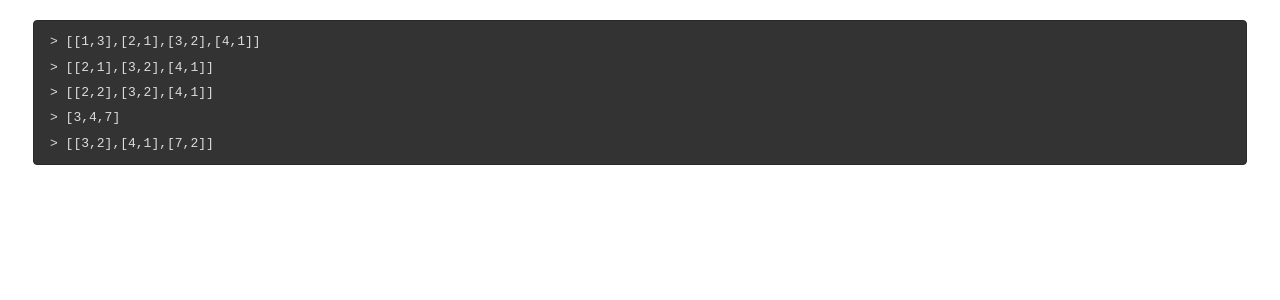
Repository: betaWeb/twicejs
Page: index.html
An editor plug-in stored every save of this project. The page is shown before and after the next save, followed by the edit.
The browser window is 1280 px wide. The pictures show the whole page.

Above is the page before, as saved 2019-12-13 15:58:24.

### index.html
<!DOCTYPE html>
<html lang="en">

<head>
    <meta charset="UTF-8">
    <meta name="viewport" content="width=device-width, initial-scale=1.0">
    <meta http-equiv="X-UA-Compatible" content="ie=edge">
    <title>TwiceJS</title>
    <style>
        pre {
            background: #333;
            white-space: pre;
            word-wrap: break-word;
            overflow: auto;
        }

        pre.code {
            margin: 20px 25px;
            padding: .5rem 0;
            border-radius: 4px;
            border: 1px solid #292929;
            position: relative;
        }

        pre.code code {
            display: block;
            padding: .2rem 16px .2rem;
            overflow-x: auto;
            font-size: 13px;
            line-height: 19px;
            color: #ddd;
        }
    </style>
</head>
<div id="app">
    <pre class="code"></pre>
</div>

<body>
    <script type="text/javascript" src="/dist/TwiceJS.min.js" defer></script>
    <script type="text/javascript" defer>
        document.addEventListener('DOMContentLoaded', () => {
            const $pre = document.querySelector('#app .code')
            const print = str => {
                const $code = document.createElement('code')
                $code.innerHTML = '> ' + JSON.stringify(str)
                $pre.appendChild($code)
            }
            let set = new window.TwiceJS
            set.append([1, 1, 1, 2, 3, 3, 4])
            print(set.withCount)
            set.remove(1)
            print(set.withCount)
            set.append(2)
            print(set.withCount)
            set.replace(2, 7)
            print(set.entries)
            print(set.withCount)
        })
    </script>
</body>

</html>

Loaded but not shown: dist/TwiceJS.min.js (library)

After the next save:
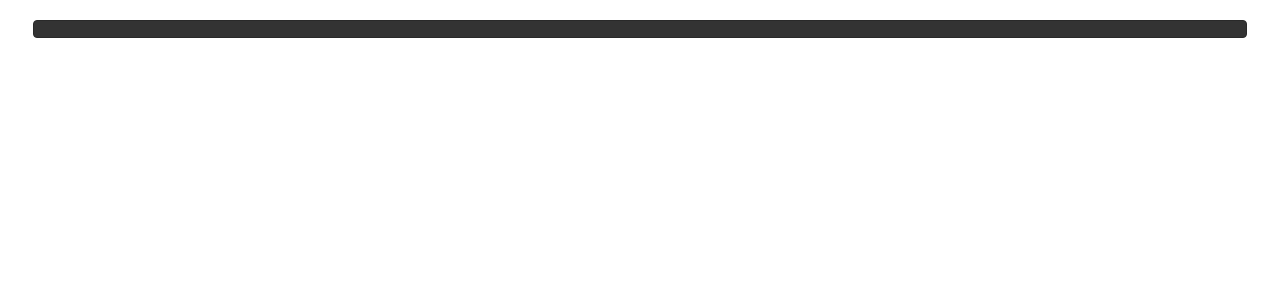
Console error: TypeError: [1,1,1,2,3,3,4].TwiceJS is not a function
Saved 38 s later.
--- a/index.html
+++ b/index.html
@@ -46,8 +46,7 @@
                 $code.innerHTML = '> ' + JSON.stringify(str)
                 $pre.appendChild($code)
             }
-            let set = new window.TwiceJS
-            set.append([1, 1, 1, 2, 3, 3, 4])
+            let set = [1, 1, 1, 2, 3, 3, 4].TwiceJS()
             print(set.withCount)
             set.remove(1)
             print(set.withCount)

After the save that followed:
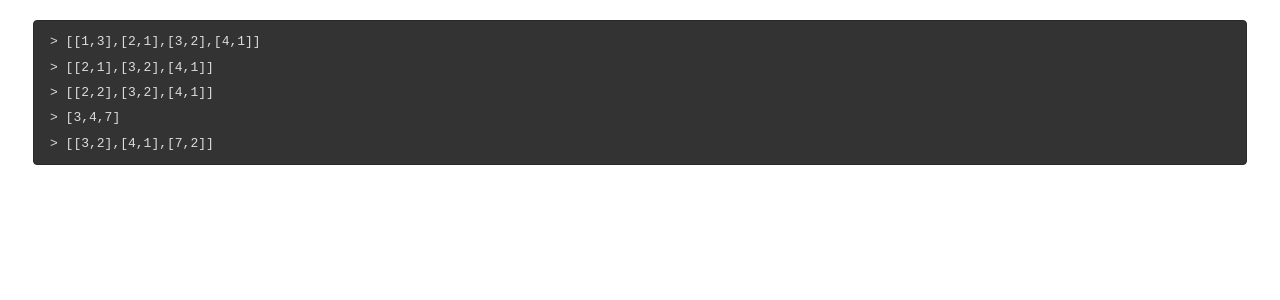
The error is gone.
Saved 2 min 56 s later.
--- a/index.html
+++ b/index.html
@@ -46,7 +46,11 @@
                 $code.innerHTML = '> ' + JSON.stringify(str)
                 $pre.appendChild($code)
             }
-            let set = [1, 1, 1, 2, 3, 3, 4].TwiceJS()
+            let arr = [1, 1, 1, 2, 3, 3, 4]
+
+            arr.dedupe()
+
+            let set = arr.twiceJs
             print(set.withCount)
             set.remove(1)
             print(set.withCount)
